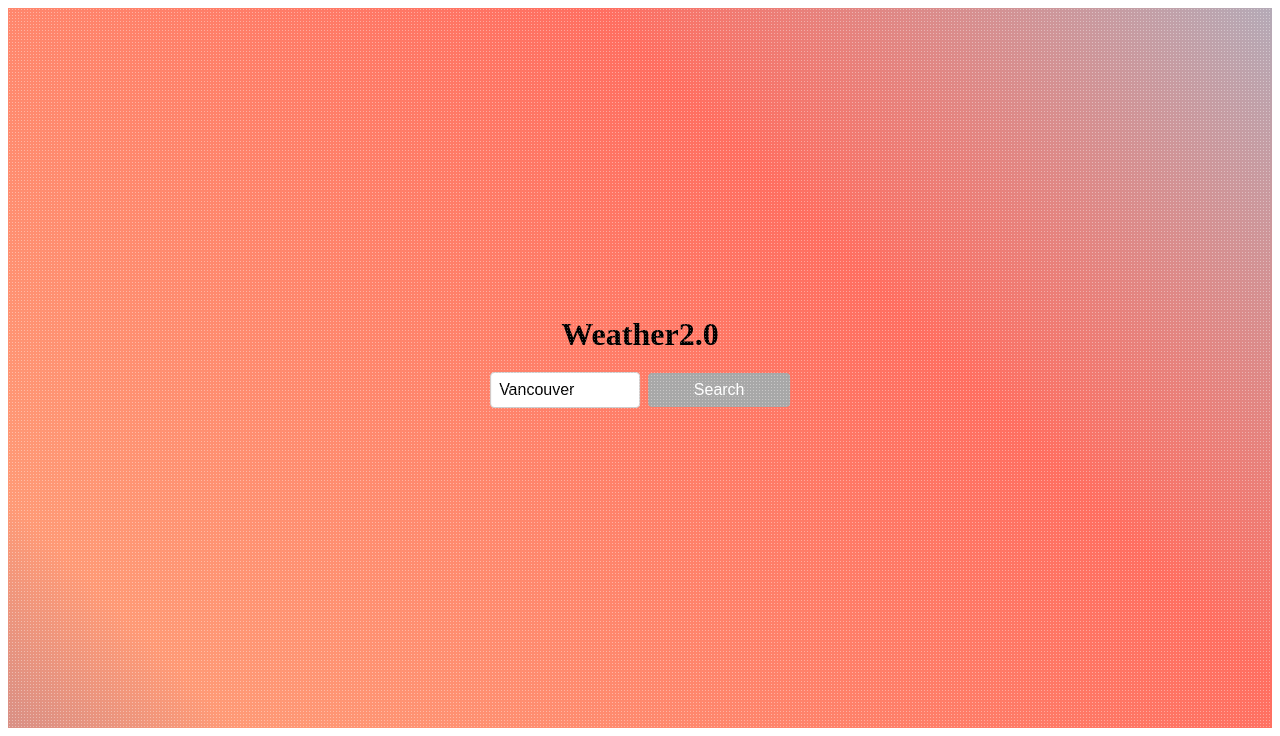
Repository: schwendyjr/COMP3170-Project
Page: /
The author's editor kept a copy of each file at every save. The page is drawn from the files as they stood at one save, then again after the next save.
The browser window is 1280 px wide. The pictures show the whole page.
The page's requests for data from a server got no answer. The project was rebuilt for these pictures with package versions that can differ from the ones it lists, and the page was loaded fresh each time. The framework's server and built-in components were replaced by stand-ins that run in the browser. No one was signed in, and anything a server would have sent is missing. Also part of the build but not shown: utils/formatDate.js, components/WeatherCardItem.js, components/Forecast.js.

Above is the page before, as saved 2024-12-03 21:02:25.

### pages/_app.js
import '../styles/Home.module.css';


function MyApp({ Component, pageProps }) {
  return <Component {...pageProps} />;
}

export default MyApp;

### pages/index.js
import WeatherApp from '../components/WeatherApp';
import styles from '../styles/Home.module.css';

const Home = () => {
    return (
        <div className={styles.container}>
            <h1>Weather2.0</h1>
            <WeatherApp />
        </div>
    );
};

export default Home;

### styles/Home.module.css
/* styles/Home.module.css */
.container {
  display: flex;
  flex-direction: column;
  min-height: 100vh;
  align-items: center;
  justify-content: center;
/* animation component */
background: linear-gradient(45deg,
#151a1f, #4a69bd, /* Early morning */
#ff9a76, #ff6f61, /* Sunrise */
#87ceeb, #fdfd96, /* Noon */
#ffa500, #ffd700, /* Afternoon */
#ff4500, #800080, /* Sunset */
#000428, #1b2735 /* Evening/Night */
);
background-size: 600% 600%;
animation: GradientBackground 120s ease infinite;
animation: GradientBackground 300s ease infinite, GradientAngle 360s linear infinite;
overflow: hidden;
position: relative;
}

.container:after {
content: '';
position: absolute;
top: 0;
left: 0;
width: 100%;
height: 100%;
background: radial-gradient(#ffffff88 .5px, transparent .5px);
background-size: 3px 3px;
opacity: 0.6;
animation: Twinkle 2s infinite ease-in-out alternate;
pointer-events: none;
}

/* keyframe for animation */
@keyframes GradientBackground {
0% { background-position: 0% 50%; }
50% { background-position: 100% 50%; }
100% { background-position: 0% 50%; }
}

@keyframes Twinkle {
0% { opacity: 0.4; }
50% { opacity: 0.6; }
100% { opacity: 0.8; }
}

  .heading {
    margin-bottom: 2rem;
  }

  .button {
    margin: 1rem;
    padding: 0.5rem 1rem;
    background-color: #0070f3;
    color: white;
    border: none;
    border-radius: 5px;
    cursor: pointer;
  }

  .button:hover {
    background-color: #005bb5;
  }

  .list {
    list-style: none;
    padding: 0;
  }

  .item {
    background: #f8d7da;
    margin: 1rem 0;
    padding: 1rem;
    border-radius: 5px;
  }

  @media (max-width: 768px) {
    .container {
      padding: 1rem;
    }
  }


/* card css */

.weatherCard {
  display: flex;
  flex-direction: column;
  justify-content: space-between;
  align-items: center;
  padding: 1rem;
  margin: 1rem;
  border: 1px solid #ddd;
  border-radius: 8px;
  box-shadow: 0 2px 5px rgba(0, 0, 0, 0.1);
  background-color: #ffffffab;
  text-align: center;
  max-width: 200px;
}

.weatherCard img {
  max-width: 100px;
  height: auto;
}

.weatherCard h3 {
  font-size: 1.2rem;
  margin-bottom: 0.5rem;
}

.weatherCard p {
  margin: 0.5rem 0;
  font-size: 0.9rem;
}

/* form css */

.searchForm {
  display: flex;
  gap: 0.5rem;
  margin: 1rem 0;
  align-items: center;
  justify-content: center;
  max-width: 400px;

  position: relative;
    top: 50%;
    left: 50%;
    transform: translate(-50%, -50%);
}

.searchForm input {
  width: 100%; /* Make input fill available space */
  padding: 0.5rem;
  font-size: 1rem;
  border: 1px solid #ccc;
  border-radius: 4px;
}

.searchForm button {
  width: 100%; /* Make button fill available space */
  padding: 0.5rem;
  font-size: 1rem;
  background-color: #a8a8a8;
  color: white;
  border: none;
  border-radius: 4px;
  cursor: pointer;
  transition: background-color 0.5s ease;
}

.searchForm button:hover {
  background-color: #eaeaea;
  color: black;
  transition: background-color 0.5s ease
}

### components/WeatherApp.js
import { useState, useEffect } from 'react';
import axios from 'axios';
import WeatherSearch from './WeatherSearch';
import Forecast from './Forecast';

const WeatherApp = () => {
    const [city, setCity] = useState('Vancouver');
    const [forecastData, setForecastData] = useState(null);
    const [error, setError] = useState('');

    const fetchWeatherData = async (cityName) => {
        try {
            const response = await axios.get(`https://api.weatherapi.com/v1/forecast.json?key=${process.env.NEXT_PUBLIC_WEATHER_API_KEY}&q=${cityName}&days=5`);
            setForecastData(response.data);
            setError('');
        } catch (error) {
            setError('City not found');
        }
    };

    const fetchWeatherDataByCoords = async (latitude, longitude) => {
        try {
            const response = await axios.get(`https://api.weatherapi.com/v1/forecast.json?key=${process.env.NEXT_PUBLIC_WEATHER_API_KEY}&q=${latitude},${longitude}&days=5`);
            setForecastData(response.data);
            setCity(response.data.location.name);
            setError('');
        } catch (error) {
            setError('Location not found');
        }
    };

    useEffect(() => {
        if (navigator.geolocation) {
            navigator.geolocation.getCurrentPosition((position) => {
                fetchWeatherDataByCoords(position.coords.latitude, position.coords.longitude);
            }, () => {
                // Fallback to default city (Vancouver) if geolocation fails
                fetchWeatherData('Vancouver');
            });
        } else {
            // Fallback to default city (Vancouver) if geolocation is not supported
            fetchWeatherData('Vancouver');
        }
    }, []);

    return (
        <div>
            <WeatherSearch city={city} setCity={setCity} fetchWeatherData={fetchWeatherData} />
            {error && <p>{error}</p>}
            {forecastData && <Forecast forecastData={forecastData} />}
        </div>
    );
};

export default WeatherApp;

### components/WeatherSearch.js
import styles from '../styles/Home.module.css';
const WeatherSearch = ({ city, setCity, fetchWeatherData }) => {
  const handleInputChange = (e) => {
      setCity(e.target.value);
  };

  const handleSearch = (e) => {
      e.preventDefault();
      fetchWeatherData(city);
  };

  return (
      <form onSubmit={handleSearch} className={styles.searchForm}>
          <input type="text" value={city} onChange={handleInputChange} placeholder="Enter city" />
          <button type="submit">Search</button>
      </form>
  );
};

export default WeatherSearch;

Loaded but not shown: pages/_document.js (common file)

After the next save:
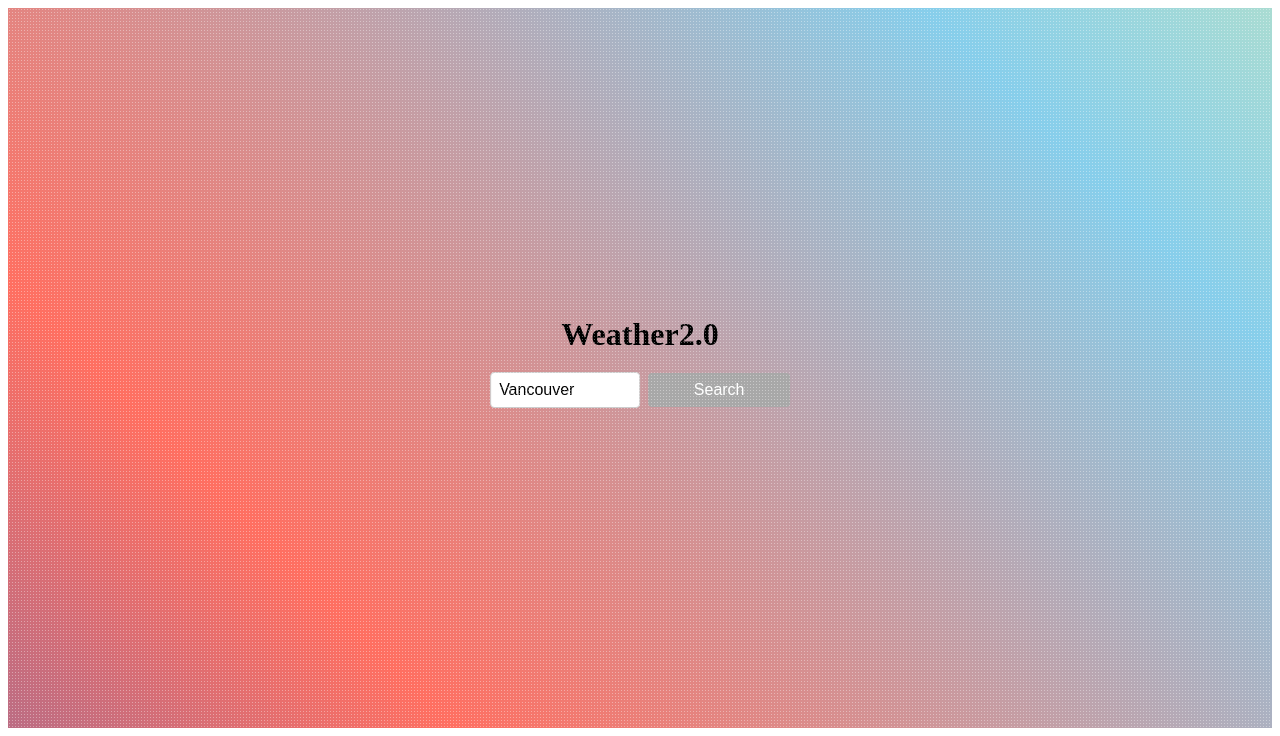
Saved 23 s later.
--- a/styles/Home.module.css
+++ b/styles/Home.module.css
@@ -8,7 +8,7 @@
 /* animation component */
 background: linear-gradient(45deg,
 #151a1f, #4a69bd, /* Early morning */
-#ff9a76, #ff6f61, /* Sunrise */
+#ff6f61, /* Sunrise */
 #87ceeb, #fdfd96, /* Noon */
 #ffa500, #ffd700, /* Afternoon */
 #ff4500, #800080, /* Sunset */
